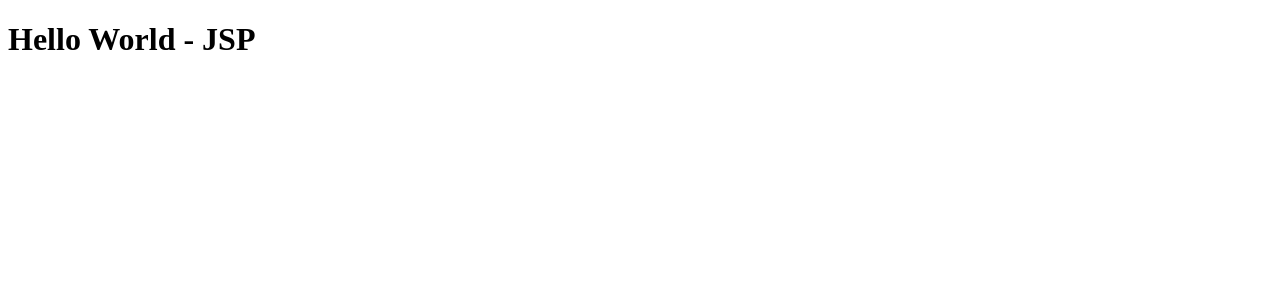
Repository: edwinisnow/jsp-servlets-demo
Page: http://localhost/SimpleServletProject/test.jsp
The author's editor kept a copy of each file at every save. The page is drawn from the files as they stood at one save, then again after the next save.
The browser window is 1280 px wide. The pictures show the whole page.
The page is served by Tomcat 9.

Above is the page before, as saved 2024-05-06 21:20:38.

After the next save:
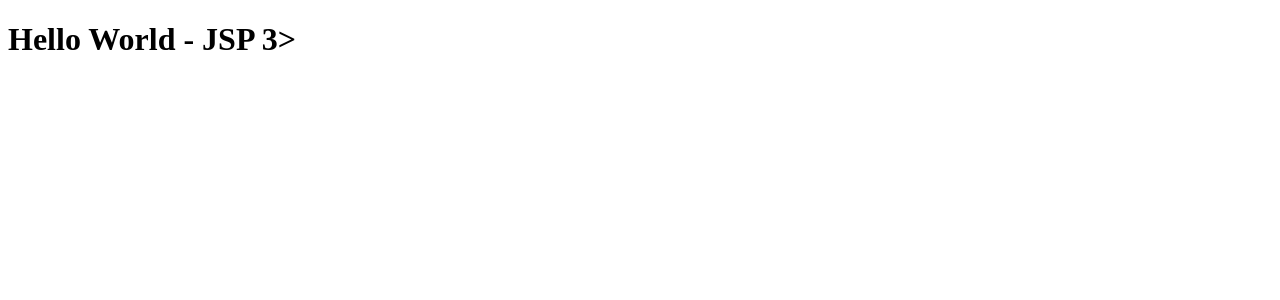
Saved 36 s later.
--- a/SimpleServletProject/src/main/webapp/test.jsp
+++ b/SimpleServletProject/src/main/webapp/test.jsp
@@ -7,7 +7,7 @@
 <title>Insert title here</title>
 </head>
 <body>
-<h1>Hello World - JSP</h1>
+
 <%
 int i = 1;
 int j = 2;
@@ -16,5 +16,6 @@
 k = i + j;
 
 %>
+<h1>Hello World - JSP <%=k %>></h1>
 </body>
 </html>
